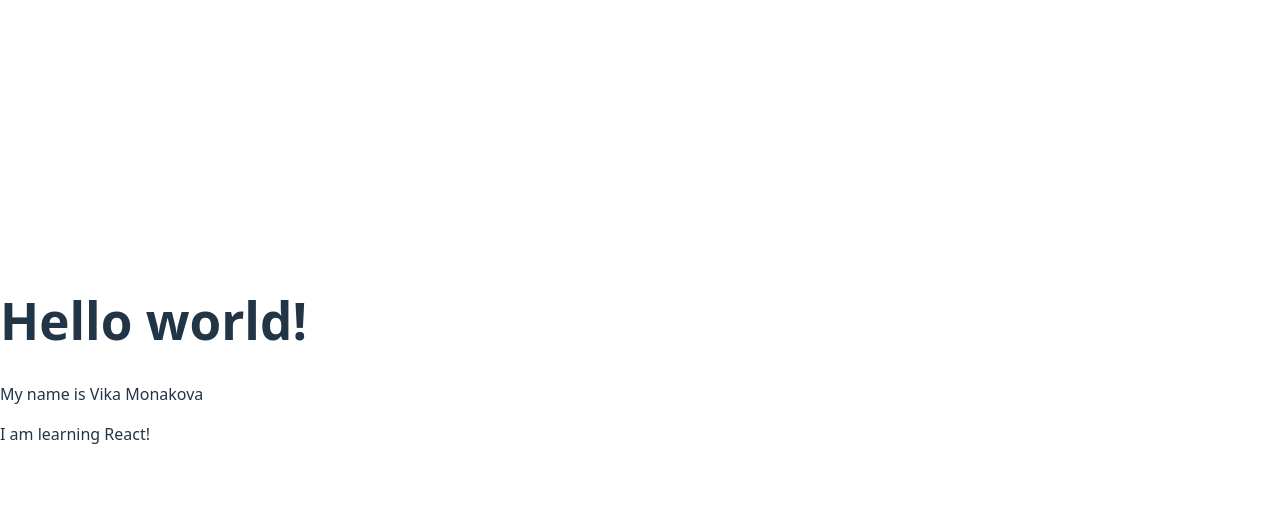
Repository: monavi77/front_web_dev_week1
Page: /
The author's editor kept a copy of each file at every save. The page is drawn from the files as they stood at one save, then again after the next save.
The browser window is 1280 px wide. The pictures show the whole page.
The project was rebuilt for these pictures with package versions that can differ from the ones it lists, and the page was loaded fresh each time. Also part of the build but not shown: vite.config.js.

Above is the page before, as saved 2025-09-10 13:31:10.

After the next save:
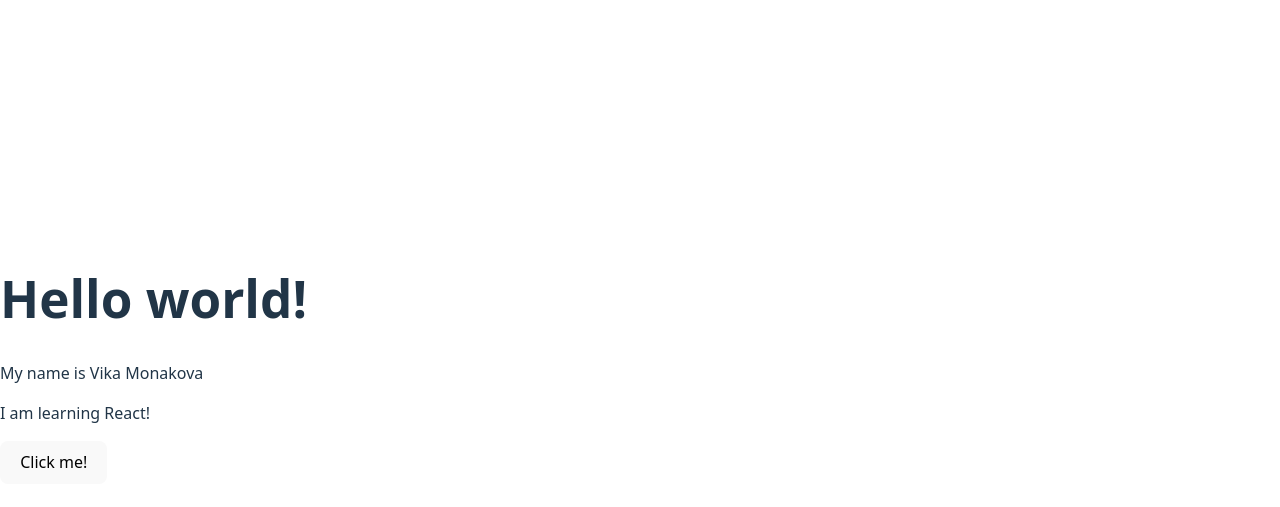
Saved 37 s later.
--- a/src/App.jsx
+++ b/src/App.jsx
@@ -4,6 +4,7 @@ function App() {
       <h1>Hello world!</h1>
       <p>My name is Vika Monakova</p>
       <p>I am learning React!</p>
+      <button>Click me!</button>
     </div>
   );
 }
